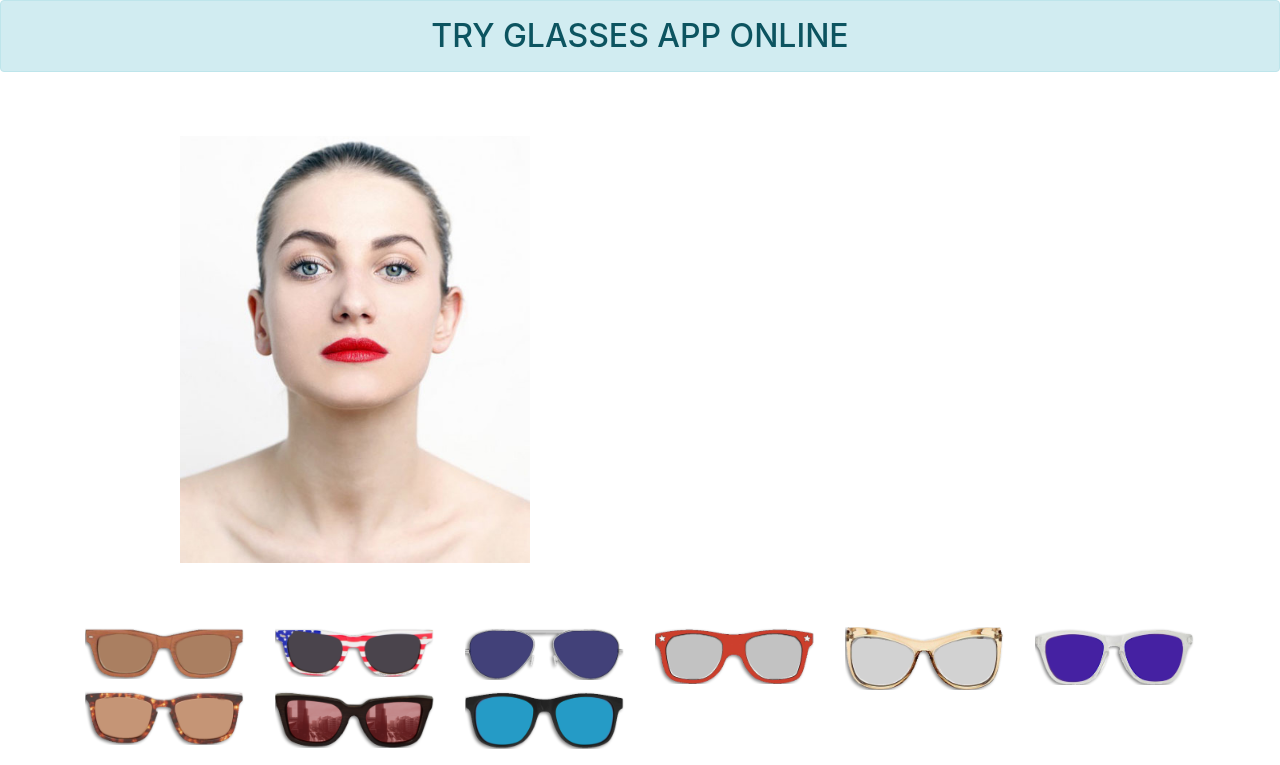
Repository: phongthanhh/ChoseGlass
Page: /
These files come from the project's save history. The page is drawn as it stood at one moment and after the next save; the edit follows.
The browser window is 1280 px wide. The pictures show the whole page.
The project was rebuilt for these pictures with package versions that can differ from the ones it lists, and the page was loaded fresh each time.

Above is the page before, as saved 2022-12-25 16:20:31.

### public/index.html
<!DOCTYPE html>
<html lang="en">
  <head>
    <meta charset="utf-8" />
    <link rel="icon" href="%PUBLIC_URL%/favicon.ico" />
    <meta name="viewport" content="width=device-width, initial-scale=1" />
    <meta name="theme-color" content="#000000" />
    <meta
      name="description"
      content="Web site created using create-react-app"
    />

      <!-- Bootstrap CSS -->
      <link rel="stylesheet" href="https://stackpath.bootstrapcdn.com/bootstrap/4.3.1/css/bootstrap.min.css" integrity="sha384-ggOyR0iXCbMQv3Xipma34MD+dH/1fQ784/j6cY/iJTQUOhcWr7x9JvoRxT2MZw1T" crossorigin="anonymous">
    <link rel="apple-touch-icon" href="%PUBLIC_URL%/logo192.png" />
    <!--
      manifest.json provides metadata used when your web app is installed on a
      user's mobile device or desktop. See https://developers.google.com/web/fundamentals/web-app-manifest/
    -->
    <link rel="manifest" href="%PUBLIC_URL%/manifest.json" />
    <!--
      Notice the use of %PUBLIC_URL% in the tags above.
      It will be replaced with the URL of the `public` folder during the build.
      Only files inside the `public` folder can be referenced from the HTML.

      Unlike "/favicon.ico" or "favicon.ico", "%PUBLIC_URL%/favicon.ico" will
      work correctly both with client-side routing and a non-root public URL.
      Learn how to configure a non-root public URL by running `npm run build`.
    -->
    <title>React App</title>
  </head>
  <body>
    <noscript>You need to enable JavaScript to run this app.</noscript>
    <div id="root"></div>
    <!--
      This HTML file is a template.
      If you open it directly in the browser, you will see an empty page.

      You can add webfonts, meta tags, or analytics to this file.
      The build step will place the bundled scripts into the <body> tag.

      To begin the development, run `npm start` or `yarn start`.
      To create a production bundle, use `npm run build` or `yarn build`.
    -->

     <!-- Optional JavaScript -->
    <!-- jQuery first, then Popper.js, then Bootstrap JS -->
    <script src="https://code.jquery.com/jquery-3.3.1.slim.min.js" integrity="sha384-q8i/X+965DzO0rT7abK41JStQIAqVgRVzpbzo5smXKp4YfRvH+8abtTE1Pi6jizo" crossorigin="anonymous"></script>
    <script src="https://cdnjs.cloudflare.com/ajax/libs/popper.js/1.14.7/umd/popper.min.js" integrity="sha384-UO2eT0CpHqdSJQ6hJty5KVphtPhzWj9WO1clHTMGa3JDZwrnQq4sF86dIHNDz0W1" crossorigin="anonymous"></script>
    <script src="https://stackpath.bootstrapcdn.com/bootstrap/4.3.1/js/bootstrap.min.js" integrity="sha384-JjSmVgyd0p3pXB1rRibZUAYoIIy6OrQ6VrjIEaFf/nJGzIxFDsf4x0xIM+B07jRM" crossorigin="anonymous"></script>
  </body>
</html>

### src/App.js
import logo from './logo.svg';
import './App.css';
import BTGlass from './ChoseGlass/BTGlass';




function App() {
  return (
    <div className="App">
      <BTGlass />
    </div>
  );
}

export default App;

### src/ChoseGlass/BTGlass.jsx
import React, { Component } from 'react';
import GlassList from './GlassList';

class BTGlass extends Component {

    listGlass = [
        {
            "id": 1,
            "price": 30,
            "name": "GUCCI G8850U",
            "url": "./img/v1.png",
            "desc": "Light pink square lenses define these sunglasses, ending with amother of pearl effect tip. "
        },
        {
            "id": 2,
            "price": 50,
            "name": "GUCCI G8759H",
            "url": "./img/v2.png",
            "desc": "Light pink square lenses define these sunglasses, ending with amother of pearl effect tip. "
        },
        {
            "id": 3,
            "price": 30,
            "name": "DIOR D6700HQ",
            "url": "./img/v3.png",
            "desc": "Light pink square lenses define these sunglasses, ending with amother of pearl effect tip. "
        },
        {
            "id": 4,
            "price": 70,
            "name": "DIOR D6005U",
            "url": "./img/v4.png",
            "desc": "Light pink square lenses define these sunglasses, ending with amother of pearl effect tip. "
        },
        {
            "id": 5,
            "price": 40,
            "name": "PRADA P8750",
            "url": "./img/v5.png",
            "desc": "Light pink square lenses define these sunglasses, ending with amother of pearl effect tip. "
        },
        {
            "id": 6,
            "price": 60,
            "name": "PRADA P9700",
            "url": "./img/v6.png",
            "desc": "Light pink square lenses define these sunglasses, ending with amother of pearl effect tip. "
        },
        {
            "id": 7,
            "price": 80,
            "name": "FENDI F8750",
            "url": "./img/v7.png",
            "desc": "Light pink square lenses define these sunglasses, ending with amother of pearl effect tip. "
        },
        {
            "id": 8,
            "price": 100,
            "name": "FENDI F8500",
            "url": "./img/v8.png",
            "desc": "Light pink square lenses define these sunglasses, ending with amother of pearl effect tip. "
        },
        {
            "id": 9,
            "price": 60,
            "name": "FENDI F4300",
            "url": "./img/v9.png",
            "desc": "Light pink square lenses define these sunglasses, ending with amother of pearl effect tip. "
        }
    ]

    state = {
        "id": 1,
        "price": 30,
        "name": "GUCCI G8850U",
        "url": "./img/v1.png",
        "desc": "Light pink square lenses define these sunglasses, ending with amother of pearl effect tip. "
    }

    render() {
        return (
            <div>
                <section className='main'>
                    <h2 className='alert alert-info py-3'>TRY GLASSES APP ONLINE</h2>
                    <div className="item container">
                        <div className="row py-5">
                            <div className="col-6">
                                <img style={{ width: '350px' }} src="./img/model.jpg" alt="" />
                            </div>
                            <div className="col-6">
                                <img src="" alt="" />
                            </div>
                        </div>
                        <GlassList listGlass={this.listGlass} />
                    </div>
                </section>
            </div>
        );
    }
}

export default BTGlass;

### src/ChoseGlass/GlassList.jsx
import React, { Component } from 'react'

export default class GlassList extends Component {


    renderListGlass = () => {
        return this.props.listGlass.map(glass => {
            return (
                <div className="col-2">
                    <img style={{ width: '100%' }} src={glass.url} alt="" />
                </div>
            )
        })
    }

    render() {
        return (
            <div className="row py-3">
                {this.renderListGlass()}
            </div>
        )
    }
}

Loaded but not shown: src/index.js (common file); src/index.css (common file); src/reportWebVitals.js (common file); src/App.css (common file)

After the next save:
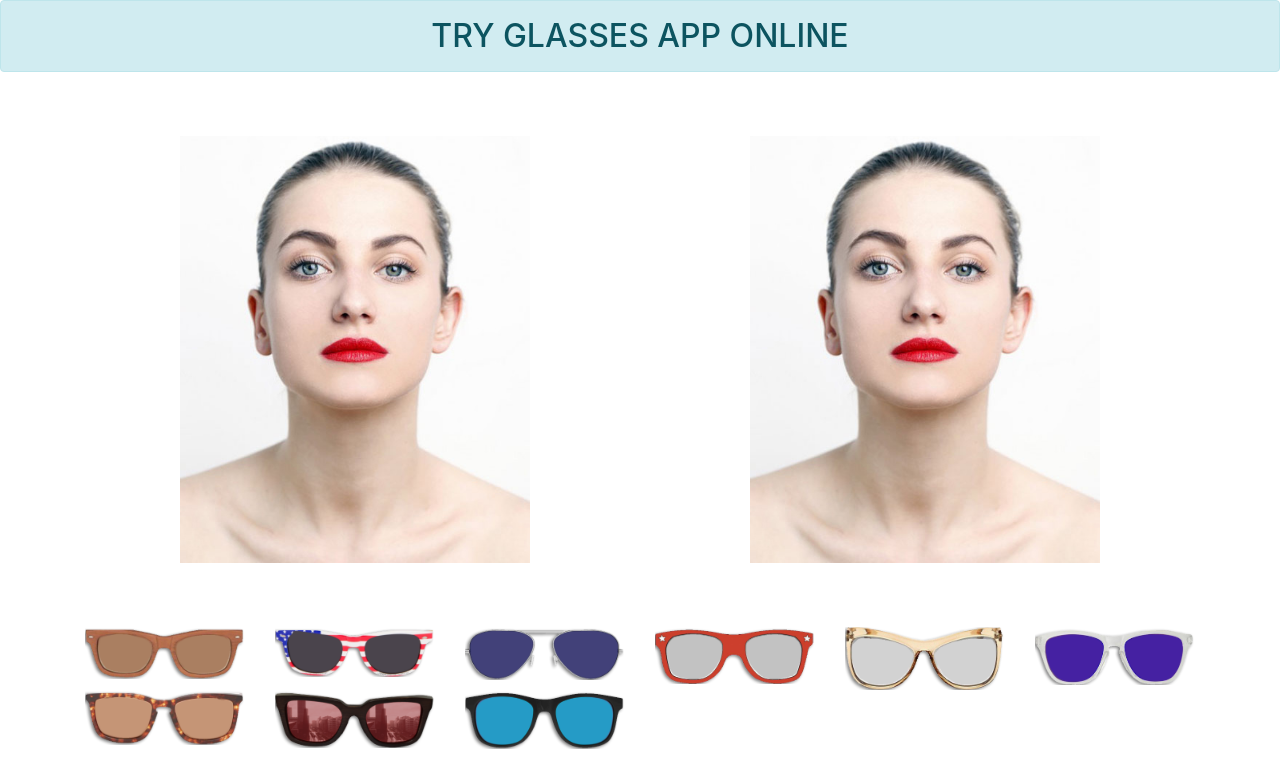
Saved 4 s later.
--- a/src/ChoseGlass/BTGlass.jsx
+++ b/src/ChoseGlass/BTGlass.jsx
@@ -88,7 +88,7 @@
                                 <img style={{ width: '350px' }} src="./img/model.jpg" alt="" />
                             </div>
                             <div className="col-6">
-                                <img src="" alt="" />
+                                <img style={{ width: '350px' }} src="./img/model.jpg" alt="" />
                             </div>
                         </div>
                         <GlassList listGlass={this.listGlass} />

After the 3 saves that followed:
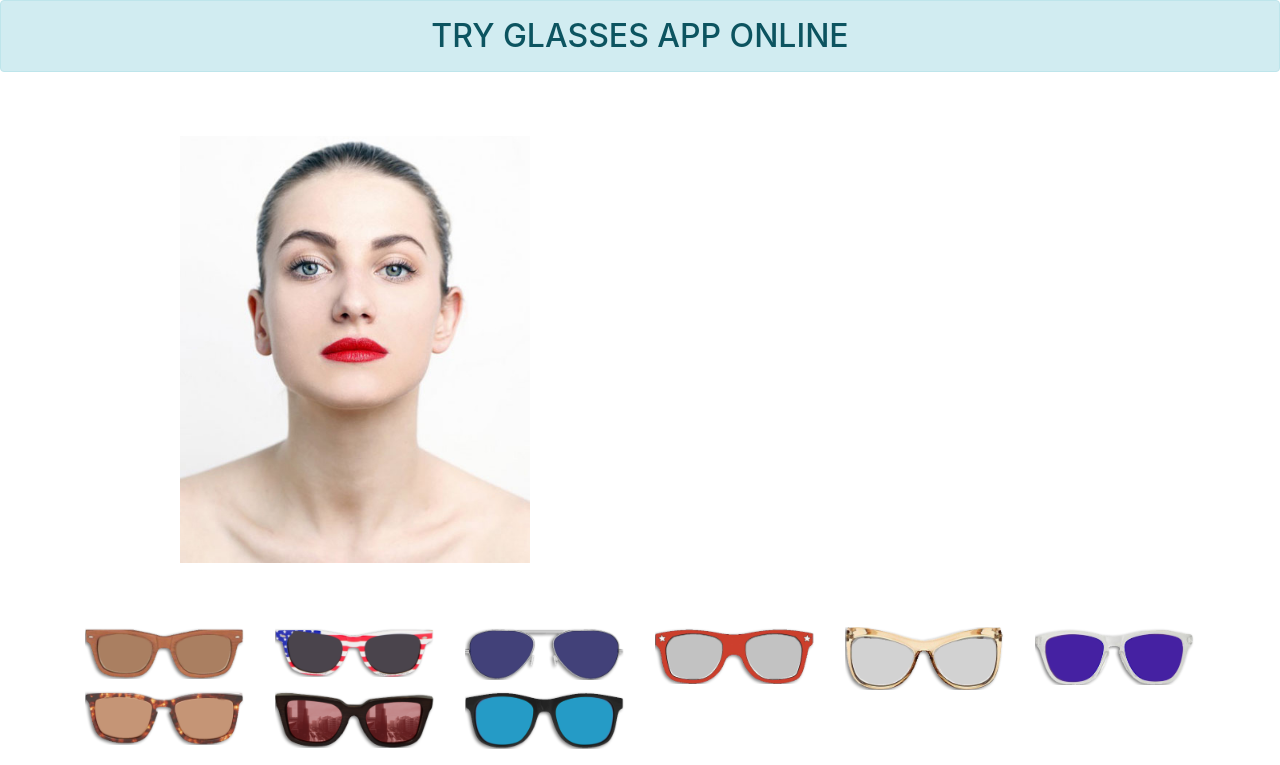
The 3 saves are shown as one change because 2 left the picture as it was.
The last was saved 40 s later.
--- a/src/ChoseGlass/BTGlass.jsx
+++ b/src/ChoseGlass/BTGlass.jsx
@@ -85,10 +85,10 @@
                     <div className="item container">
                         <div className="row py-5">
                             <div className="col-6">
-                                <img style={{ width: '350px' }} src="./img/model.jpg" alt="" />
-                            </div>
-                            <div className="col-6">
-                                <img style={{ width: '350px' }} src="./img/model.jpg" alt="" />
+                                <div className="model">
+                                    <img style={{ width: '350px' }} src="./img/model.jpg" alt="" />
+                                </div>
+
                             </div>
                         </div>
                         <GlassList listGlass={this.listGlass} />
